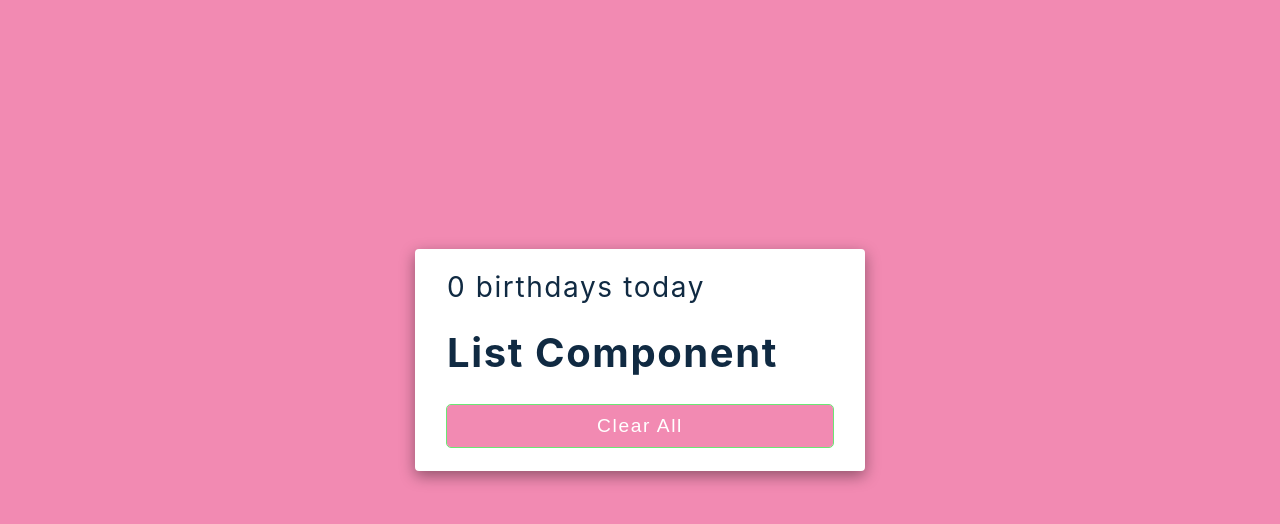
Repository: bodescuanamariia/birthday-reminder
Page: /
An editor plug-in stored every save of this project. The page is shown before and after the next save, followed by the edit.
The browser window is 1280 px wide. The pictures show the whole page.
The project was rebuilt for these pictures with package versions that can differ from the ones it lists, and the page was loaded fresh each time. Imported but missing from the stored project, and not drawn on this page: src/data.

Above is the page before, as saved 2022-04-14 14:36:00.

### src/index.css
/*
===============
Variables
===============
*/

:root {
  /* dark shades of primary color  */
  --clr-primary-1: hsl(162, 61%, 89%);
  --clr-primary-2: hsl(162, 61%, 78%);
  --clr-primary-3: hsl(162, 61%, 67%);
  --clr-primary-4: hsl(162, 61%, 57%);

  /* primary main color  */
  --clr-primary-5: hsl(162, 73%, 46%);

  /* lighter shades of primary color  */
  --clr-primary-6: #1aa179;
  --clr-primary-7: #13795b;
  --clr-primary-8: #0d503c;
  --clr-primary-9: #06281e;

  /* darkest grey - used for headings */
  --clr-grey-1: hsl(212, 33%, 89%);
  --clr-grey-2: hsl(210, 31%, 80%);
  --clr-grey-3: hsl(211, 27%, 70%);
  --clr-grey-4: hsl(209, 23%, 60%);

  /* grey used for paragraphs */
  --clr-grey-5: hsl(210, 22%, 49%);
  --clr-grey-6: hsl(209, 28%, 39%);
  --clr-grey-7: hsl(209, 34%, 30%);
  --clr-grey-8: hsl(211, 39%, 23%);
  --clr-grey-9: hsl(209, 61%, 16%);
  --clr-white: #fff;
  --clr-red-dark: hsl(360, 67%, 44%);
  --clr-red-light: hsl(360, 71%, 66%);
  --clr-green-dark: hsl(125, 67%, 44%);
  --clr-green-light: hsl(125, 71%, 66%);
  --clr-black: #222;
  --transition: all 0.3s linear;
  --spacing: 0.1rem;
  --radius: 0.25rem;
  --light-shadow: 0 5px 15px rgba(0, 0, 0, 0.1);
  --dark-shadow: 0 5px 15px rgba(0, 0, 0, 0.4);
  --max-width: 1170px;
  --fixed-width: 450px;
  --clr-pink-dark: rgba(242, 138, 178, 1);
  --clr-pink-light: rgba(242, 138, 178, 0.8);
}

/*
===============
Global Styles
===============
*/
*,
::after,
::before {
  margin: 0;
  padding: 0;
  box-sizing: border-box;
}
body {
  font-family: -apple-system, BlinkMacSystemFont, "Segoe UI", "Roboto", "Oxygen",
    "Ubuntu", "Cantarell", "Fira Sans", "Droid Sans", "Helvetica Neue",
    sans-serif;
  background: var(--clr-pink-dark);
  color: var(--clr-grey-9);
  line-height: 1.5;
  font-size: 0.875rem;
}
ul {
  list-style-type: none;
}
a {
  text-decoration: none;
}
h1,
h2,
h3,
h4 {
  letter-spacing: var(--spacing);
  text-transform: capitalize;
  line-height: 1.25;
  margin-bottom: 0.75rem;
}
h1 {
  font-size: 3rem;
}
h2 {
  font-size: 2rem;
}
h3 {
  font-size: 1.25rem;
}
h4 {
  font-size: 0.875rem;
}
p {
  margin-bottom: 1.25rem;
  color: var(--clr-grey-5);
}
@media screen and (min-width: 800px) {
  h1 {
    font-size: 4rem;
  }
  h2 {
    font-size: 2.5rem;
  }
  h3 {
    font-size: 1.75rem;
  }
  h4 {
    font-size: 1rem;
  }
  body {
    font-size: 1rem;
  }
  h1,
  h2,
  h3,
  h4 {
    line-height: 1;
  }
}

/*
===============
Global Classes
===============
*/
main {
  min-height: 100vh;
  display: flex;
  justify-content: center;
  align-items: center;
}
.container {
  width: 90vw;
  margin: 5rem 0;
  max-width: var(--fixed-width);
  background: var(--clr-white);
  border-radius: var(--radius);
  padding: 1.5rem 2rem;
  box-shadow: var(--dark-shadow);
}
.container h3 {
  font-weight: normal;
  text-transform: none;
  margin-bottom: 2rem;
}
.container button {
  color: var(--clr-white);
  background: var(--clr-pink-dark);
  display: block;
  width: 100%;
  border-color: transparent;
  margin: 2rem auto 0 auto;
  padding: 0.5rem 0;
  text-transform: capitalize;
  font-size: 1.2rem;
  letter-spacing: var(--spacing);
  border-radius: var(--radius);
  outline: 1px solid var(--clr-green-light);
  cursor: pointer;
}

### src/App.js
import React, { useState } from "react";
import List from "./List";
import data from "./data";

function App() {
  return (
    <main>
      <section className="container">
        <h3>0 birthdays today</h3>
        <List />
        <button onClick={() => console.log("you clicked me")}>clear all</button>
      </section>
    </main>
  );
}

export default App;

### src/List.js
import React from "react";

const List = () => {
  return (
    <>
      <h2>list component</h2>
    </>
  );
};

export default List;

Loaded but not shown: public/index.html (common file); src/index.js (common file)

After the next save:
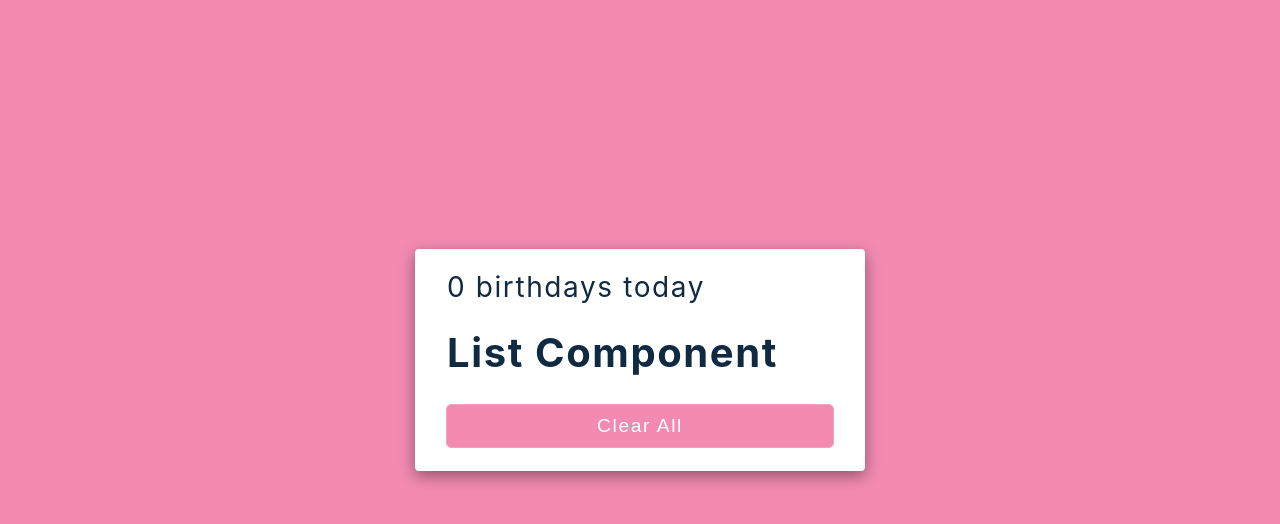
Saved 17 s later.
--- a/src/index.css
+++ b/src/index.css
@@ -162,6 +162,6 @@ main {
   font-size: 1.2rem;
   letter-spacing: var(--spacing);
   border-radius: var(--radius);
-  outline: 1px solid var(--clr-green-light);
+  outline: 1px solid var(--clr-pink-light);
   cursor: pointer;
 }
